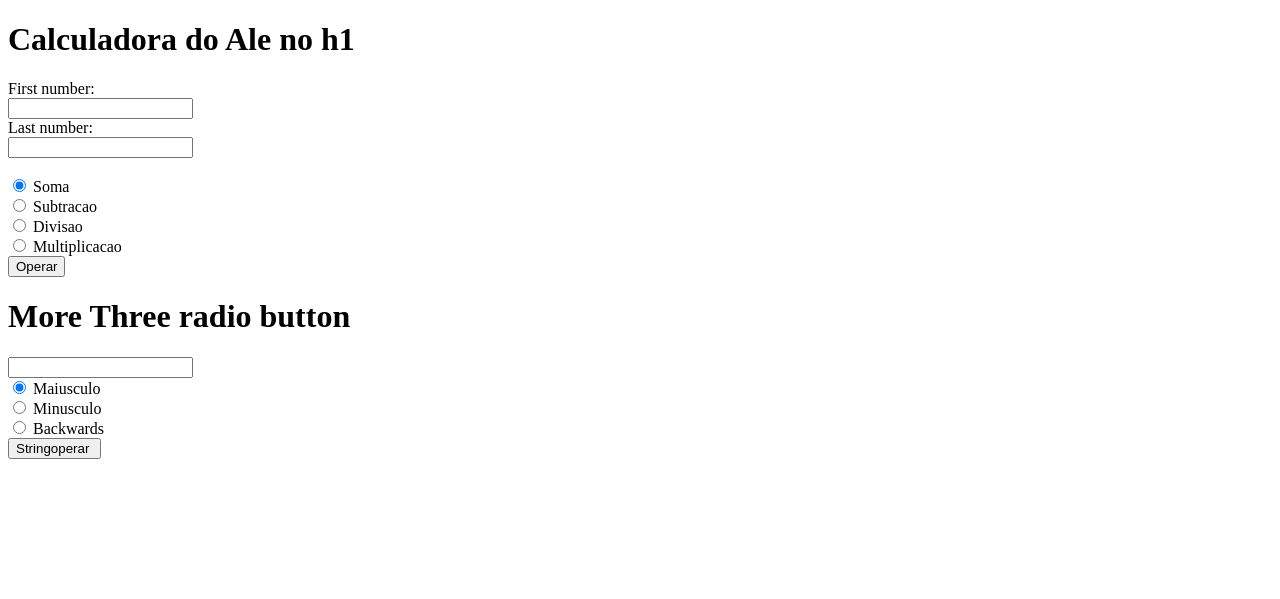
Repository: Alexandre-engelmann/git_lucas_mentory
Page: http://localhost/Calculadora/
An editor plug-in stored every save of this project. The page is shown before and after the next save, followed by the edit.
The browser window is 1280 px wide. The pictures show the whole page.
The page is served by Tomcat 9.

Above is the page before, as saved 2019-12-20 17:35:10.

After the next save:
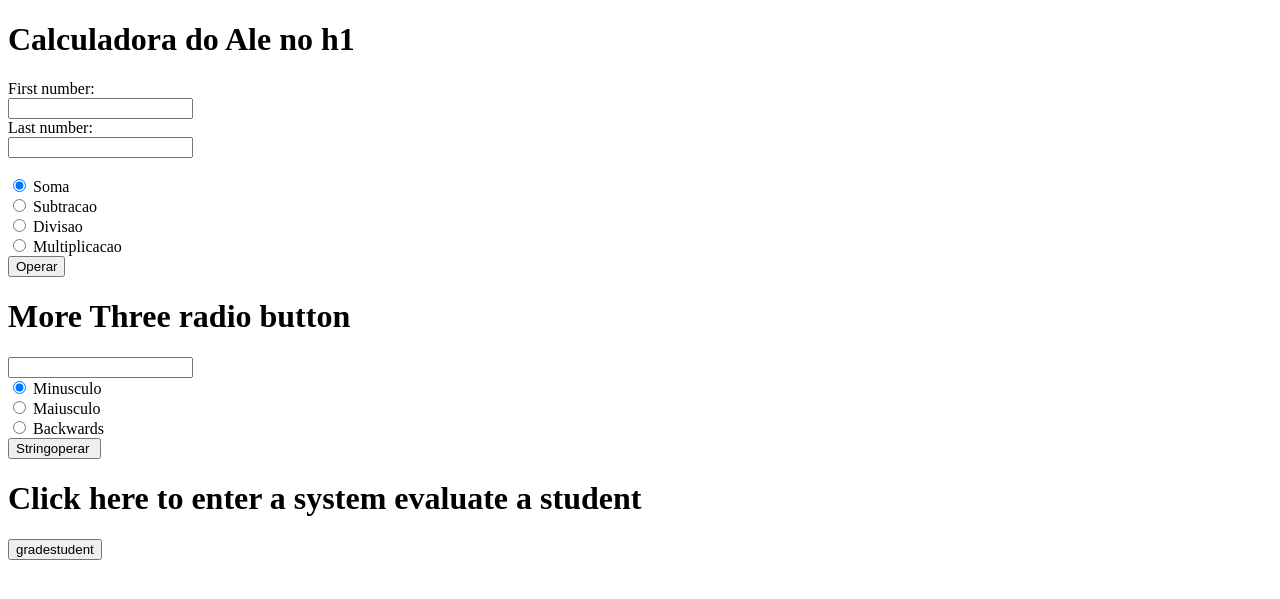
Saved 110 s later.
--- a/Calculadora/WebContent/index.jsp
+++ b/Calculadora/WebContent/index.jsp
@@ -28,12 +28,15 @@
 <h1>More Three radio button</h1>
 <form action="String_operation">
  <input type="text" name="textfield_name" value=""> <br>
-<input type="radio" name="st_front" value="lowercase" checked> Maiusculo<br>
-<input type="radio" name="st_front" value="uppercase"> Minusculo<br>
+<input type="radio" name="st_front" value="lowercase" checked> Minusculo<br>
+<input type="radio" name="st_front" value="uppercase"> Maiusculo<br>
 <input type="radio" name="st_front" value="backwards"> Backwards<br>
 <input type="submit" value="Stringoperar ">
 </form>
 
+<h1>Click here to enter a system evaluate a student</h1>
+<input type="submit" value="gradestudent">
+
 
 </body>
 </html>
